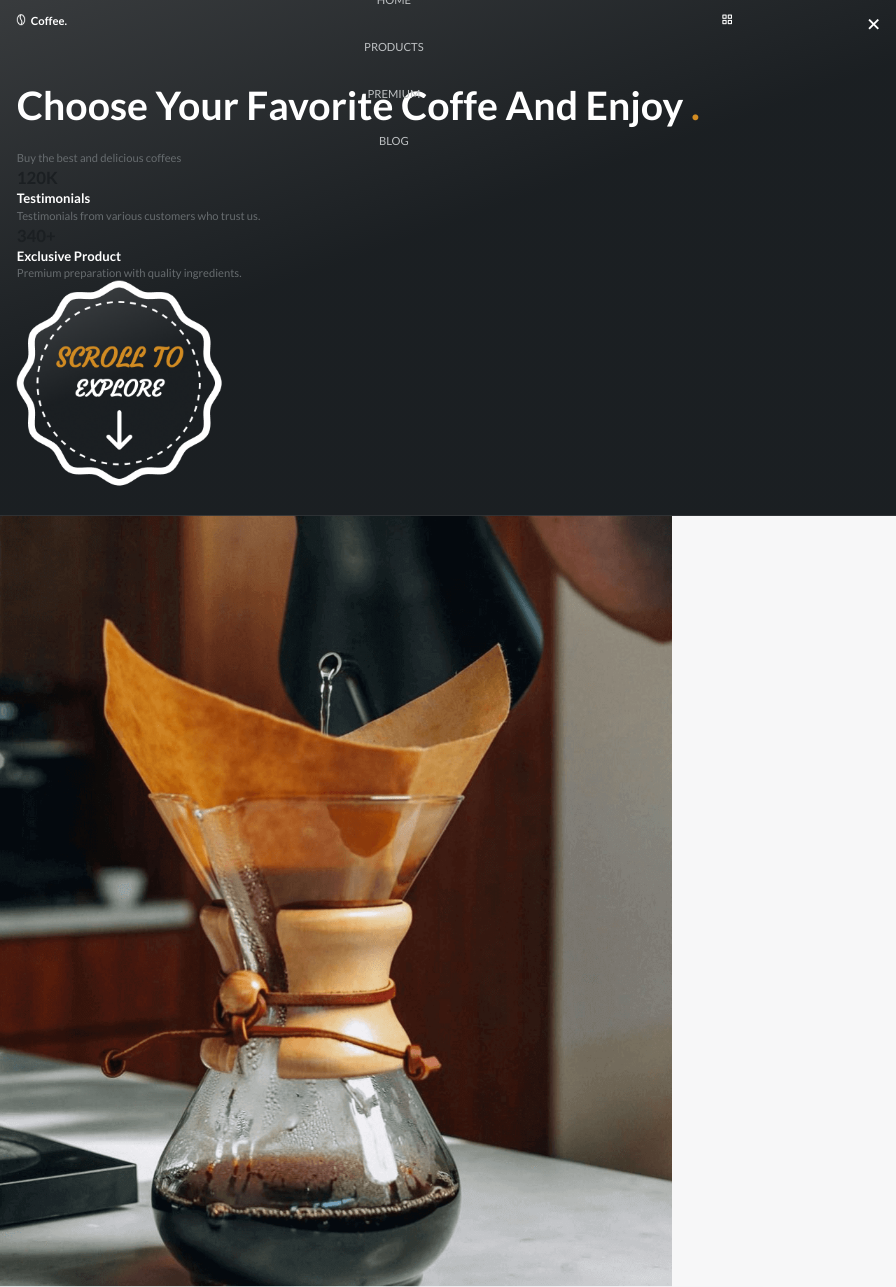
Repository: phong121020/coffee-responsive
Page: index.html
An editor plug-in stored every save of this project. The page is shown before and after the next save, followed by the edit.
The browser window is 1280 px wide. The pictures show the whole page, at 70% of full size.

Above is the page before, as saved 2022-03-06 17:48:54.

### index.html
<!DOCTYPE html>
<html lang="en">
  <head>
    <meta charset="UTF-8" />
    <meta http-equiv="X-UA-Compatible" content="IE=edge" />
    <meta name="viewport" content="width=device-width, initial-scale=1.0" />
    <!-- link -->
    <link rel="stylesheet" href="./assets/css/style.css" />
    <!-- favicon -->
    <link
      rel="shortcut icon"
      href="./assets/img/favicon.png"
      type="image/x-icon"
    />
    <title>Document</title>
    <!-- boxicon -->
    <link
      href="https://unpkg.com/boxicons@2.1.1/css/boxicons.min.css"
      rel="stylesheet"
    />
  </head>
  <body>
    <!-- HEADER -->
    <header class="header" id="header">
      <nav class="nav container">
        <a href="#" class="nav__logo">
          <img src="./assets/img/logo.png" alt="" class="nav__logo-img" />
          Coffee.
        </a>
        <div class="nav__menu" id="nav-menu">
          <ul class="nav__list">
            <li class="nav__item">
              <a href="#home" class="nav__link">Home</a>
            </li>
            <li class="nav__item">
              <a href="#products" class="nav__link">Products</a>
            </li>
            <li class="nav__item">
              <a href="#premium" class="nav__link">Premium</a>
            </li>
            <li class="nav__item">
              <a href="#blog" class="nav__link">Blog</a>
            </li>
          </ul>
          <div class="nav__close" id="nav-close">
            <i class="bx bx-x"></i>
          </div>
        </div>
        <!-- Toggle button -->
        <div class="nav__toggle" id="nav-toggle">
          <i class="bx bx-grid-alt"></i>
        </div>
      </nav>
    </header>
    <!-- MAIN -->
    <main>
      <!-- HOME -->
      <section class="home grid" id="home">
        <div class="home__container">
          <div class="home__content container">
            <h1 class="home__title">
              Choose Your Favorite Coffe And Enjoy <span>.</span>
            </h1>
            <p class="home__desc">Buy the best and delicious coffees</p>
            <div class="home__data">
              <div class="home__data-group">
                <h2 class="home__data-number">120K</h2>
                <h3 class="home__data-title">Testimonials</h3>
                <p class="home__data-desc">
                  Testimonials from various customers who trust us.
                </p>
              </div>
              <div class="home__data-group">
                <h2 class="home__data-number">340+</h2>
                <h3 class="home__data-title">Exclusive Product</h3>
                <p class="home__data-desc">
                  Premium preparation with quality ingredients.
                </p>
              </div>
            </div>
            <a href="#specialty">
              <img src="./assets/img/scroll.png" alt="" class="home__scroll" />
            </a>
          </div>
        </div>
        <img src="./assets/img/home.png" alt="" class="home__img" />
      </section>
    </main>
    <!-- JS -->
    <script src="./assets/js/app.js"></script>
  </body>
</html>

### assets/css/style.css
/*=============== GOOGLE FONTS ===============*/
@import url("https://fonts.googleapis.com/css2?family=Lato:wght@400;700&display=swap");

/*=============== VARIABLES CSS ===============*/
:root {
  --header-height: 3.5rem;

  /*========== Colors ==========*/
  --first-color: hsl(36, 72%, 48%);
  --first-color-alt: hsl(36, 72%, 44%);
  --black-color: hsl(206, 12%, 12%);
  --card-color: hsl(0, 0%, 90%);
  --title-color: hsl(206, 12%, 12%);
  --text-color: hsl(206, 4%, 42%);
  --text-color-light: hsl(206, 4%, 75%);
  --body-color: hsl(206, 4%, 97%);
  --container-color: #fff;

  /*========== Font and typography ==========*/
  --body-font: "Lato", sans-serif;
  --biggest-font-size: 2.25rem;
  --h1-font-size: 1.5rem;
  --h2-font-size: 1.25rem;
  --h3-font-size: 1rem;
  --normal-font-size: 0.938rem;
  --small-font-size: 0.813rem;
  --smaller-font-size: 0.75rem;

  /*========== Font weight ==========*/
  --font-bold: 700;

  /*========== z index ==========*/
  --z-tooltip: 10;
  --z-fixed: 100;
}

@media screen and (min-width: 968px) {
  :root {
    --biggest-font-size: 3.5rem;
    --h1-font-size: 2.25rem;
    --h2-font-size: 1.5rem;
    --h3-font-size: 1.25rem;
    --normal-font-size: 1rem;
    --small-font-size: 0.875rem;
    --smaller-font-size: 0.813rem;
  }
}

/*=============== BASE ===============*/
* {
  box-sizing: border-box;
  padding: 0;
  margin: 0;
}

html {
  scroll-behavior: smooth;
}

body {
  font-family: var(--body-font);
  font-size: var(--normal-font-size);
  background-color: var(--body-color);
  color: var(--text-color);
}

h1,
h2,
h3 {
  color: var(--title-color);
  font-weight: var(--font-bold);
}

h1,
h2,
h3,
p {
  line-height: 140%;
}

ul {
  list-style: none;
}

a {
  text-decoration: none;
}

img {
  max-width: 100%;
  height: auto;
}

button {
  border: none;
  outline: none;
  cursor: pointer;
}

/*=============== REUSABLE CSS CLASSES ===============*/
.container {
  max-width: 1024px;
  margin-left: 1.5rem;
  margin-right: 1.5rem;
}

.grid {
  display: grid;
  gap: 1.5rem;
}

.section {
  padding: 4.5rem 0 2rem;
}

.section__title {
  position: relative;
  font-size: var(--h1-font-size);
  padding-left: 1.25rem;
  margin-bottom: 2.5rem;
}

.section__title::before {
  content: "";
  position: absolute;
  top: 8px;
  left: 0;
  width: 3px;
  height: 20px;
  background-color: var(--first-color);
}

/* HEADER & NAV */
.header {
  width: 100%;
  background-color: transparent;
  position: fixed;
  top: 0;
  left: 0;
  right: 0;
  z-index: var(--z-fixed);
}
.nav {
  height: var(--header-height);
  display: flex;
  justify-content: space-between;
  align-items: center;
}
.nav__logo,
.nav__toggle {
  color: #fff;
}
.nav__logo {
  display: flex;
  align-items: center;
  justify-content: center;
  column-gap: 0.5rem;
  font-weight: var(--font-bold);
}
.nav__logo-img {
  width: 0.75rem;
}
.nav__toggle {
  display: inline-flex;
  font-size: 1.15rem;
  cursor: pointer;
}

@media screen and (max-width: 767px) {
  .nav__menu {
    position: fixed;
    top: 0;
    right: -100%;
    background-color: var(--black-color);
    width: 100%;
    height: 100%;
    transition: 0.3s;
  }
  .nav__menu.is-show {
    right: 0;
  }
}
.nav__list {
  display: flex;
  flex-direction: column;
  text-align: center;
  row-gap: 3rem;
  padding-top: 9rem;
}
.nav__link {
  text-transform: uppercase;
  color: var(--text-color-light);
  transition: 0.3s;
}
.nav__link:hover {
  color: #fff;
}
.nav__close {
  font-size: 2rem;
  position: absolute;
  top: 1rem;
  right: 1rem;
  color: #fff;
  cursor: pointer;
}
/* HOME */
.home {
  gap: 0;
}
.home__container {
  padding: 7rem 0 2.5rem;
  background: linear-gradient(
    160deg,
    hsla(206, 4%, 24%, 1) -4%,
    hsla(206, 12%, 12%, 1) 46%
  );
}
.home__content {
  position: relative;
}
.home__title,
.home__data-title {
  color: #fff;
}
.home__title {
  font-size: var(--biggest-font-size);
  margin-bottom: 1.5rem;
}
.home__title span {
  color: var(--first-color);
}

### assets/js/app.js
// SHOW MENU
const navToggle = document.querySelector(".nav__toggle");
const navMenu = document.querySelector(".nav__menu");
const navClose = document.querySelector(".nav__close");
const navItem = document.querySelectorAll(".nav__item");
// MENU SHOW
if (navToggle) {
  navToggle.addEventListener("click", function () {
    navMenu.classList.add("is-show");
  });
}
//  MENU HIDDEN
if (navClose) {
  navClose.addEventListener("click", function () {
    navMenu.classList.remove("is-show");
  });
}
// REMOVE MENU MOBILE
[...navItem].forEach((item) =>
  item.addEventListener("click", function () {
    navMenu.classList.remove("is-show");
  })
);

After the next save:
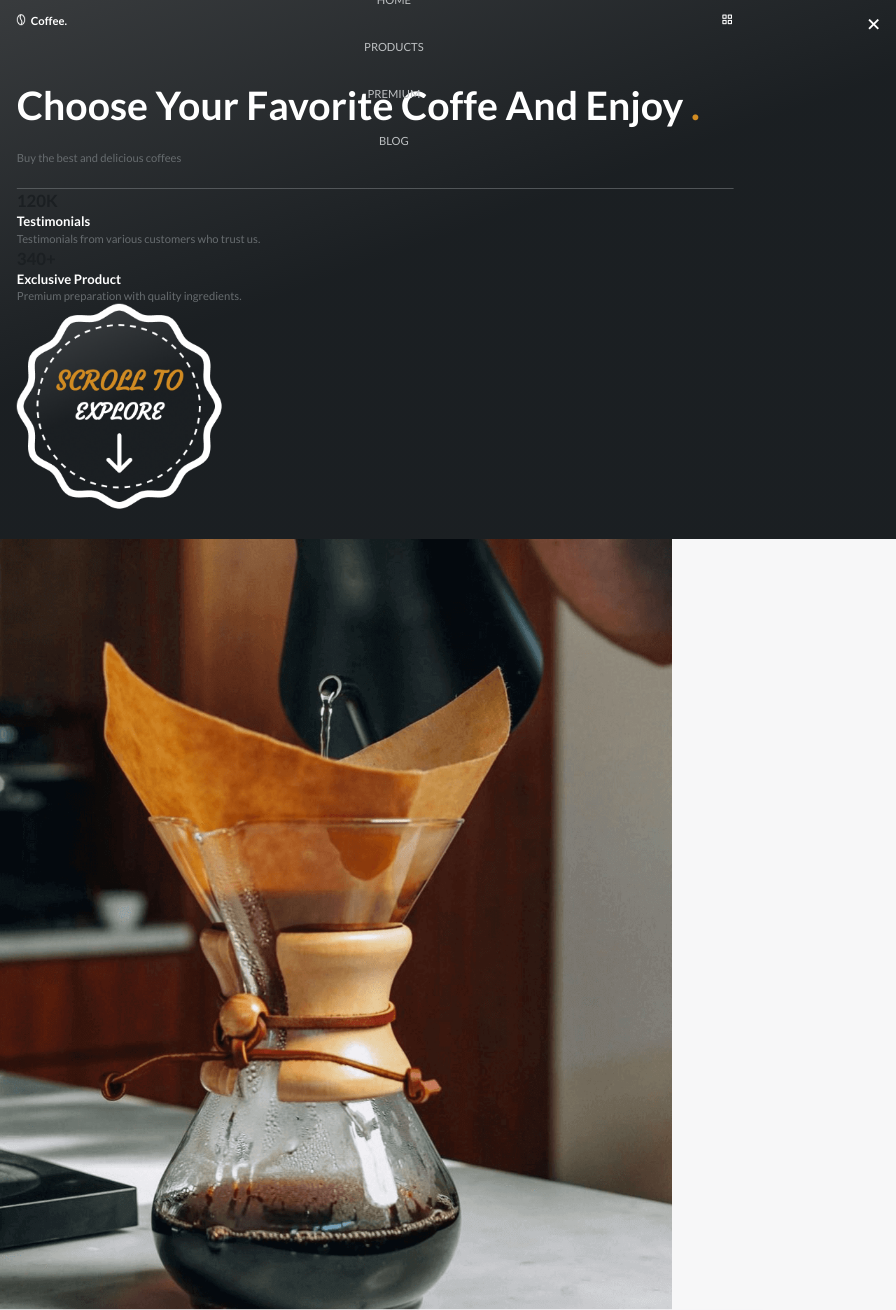
Saved 73 s later.
--- a/assets/css/style.css
+++ b/assets/css/style.css
@@ -229,3 +229,9 @@ button {
 .home__title span {
   color: var(--first-color);
 }
+.home__desc {
+  margin-bottom: 2rem;
+}
+.home__data {
+  border-top: 1px solid var(--text-color);
+}
